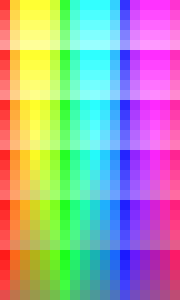
Repository: zhuqinghe/mapf_visualizer
Script's output: python color.py
These files come from the project's save history. The script's output is drawn as it stood at one moment and after a run of saves; the edit follows.
The window is shown after at most 60 frames with no key pressed. Random numbers start from a fixed seed.

Above is the script's output before, as saved 2021-07-19 14:26:33.

### color.py
import pygame
import math


def k_contrast_color(k_color, RGB_list):
  # hue       : 0-360, min_step: 5(72)
  # saturation: 0.4-0.8, min_step: 0.1(5)
  # intensive : 0.5-1.0, min_step: 0.1(6)
  # max_color = 72*6*6 = 2592

  H_min_step = 20
  H_max_num = 360 // H_min_step
  S_min_step = 0.1
  S_max_num = math.floor(0.4 / S_min_step) + 1
  I_min_step = 0.1
  I_max_num = math.floor(0.5 / I_min_step) + 1

  H = 360
  S = 1
  I = 1

  if k_color <= H_max_num*S_max_num*I_max_num:
    if k_color <= H_max_num*S_max_num:
      if k_color <= H_max_num:
        S = 1
        I = 1
        H_step = 360 // k_color
        for i in range(k_color):
          Hi = i
          tmp_H = Hi * H_step
          RGB_list.append(HSI2RGB(tmp_H, S, I))
      else:
        I = 1
        H_step = H_min_step
        S_num = math.ceil(k_color / H_max_num)
        S_step = 0.5 / (S_num-1)
        for i in range(k_color):
          Hi = i % H_max_num
          tmp_H = Hi * H_step
          Si = math.floor(i / H_max_num)
          tmp_S = 0.8 - Si * S_step
          RGB_list.append(HSI2RGB(tmp_H, tmp_S, I))

    else:
        S_step = 0.1
        H_step = H_min_step
        I_num = math.ceil(k_color / (H_max_num*S_max_num))
        I_step = 0.5 / (I_num-1)
        for i in range(k_color):
          Hi = i % H_max_num
          tmp_H = Hi * H_step
          Si = (i//H_max_num) % S_max_num
          tmp_S = 0.8 - Si * S_step
          Ii = math.floor(i / (H_max_num*S_max_num))
          tmp_I = 1.0 - Ii * I_step
          RGB_list.append(HSI2RGB(tmp_H, tmp_S, tmp_I))

  else : # >2592
    print("[ERROR]: NUM OF COLOR IS TOO LARGE.")

  return RGB_list


def HSI2RGB(H, S ,I):
  # print('H:', H, ', S:', S, ', I:', I)
  R = 0
  G = 0
  B = 0
  if S < 1e-6:
    R = I
    G = I
    B = I
  else:
    if H >= 0 and H < 120:
      B = I * (1 - S)
      R = I * (1 + (S * math.cos(H*math.pi/180)) / math.cos((60 - H)*math.pi/180))
      G = 3 * I - (R + B)
    elif H >= 120 and H < 240:
      H = H - 120
      R = I * (1 - S)
      G = I * (1 + (S * math.cos(H*math.pi/180)) / math.cos((60 - H)*math.pi/180))
      B = 3 * I - (R + G)
    elif H >= 240 and H < 360:
      H = H - 240
      G = I * (1 - S)
      B = I * (1 + (S * math.cos(H*math.pi/180)) / math.cos((60 - H)*math.pi/180))
      R = 3 * I - (G + B)
    else:
      print("[ERROR]: H not in [0, 360)")
      return
  # print('R:', R, ', G:', G, ', B:', B)

  if R >= 1.0:
    R = 1.0
  if G >= 1.0:
    G = 1.0
  if B >= 1.0:
    B = 1.0

  return [round(R*255), round(G*255), round(B*255)]


if __name__ == '__main__':
  grid_len = 18
  grid_wid = 30
  grid_size = 10
  win_len = grid_len*grid_size
  win_wid = grid_wid*grid_size

  pygame.init()
  screen = pygame.display.set_mode((win_len, win_wid))
  pygame.display.set_caption('k contrast color')

  grids = [pygame.Surface((grid_size, grid_size),
                          pygame.SRCALPHA).convert_alpha() \
                          for _ in range(grid_len*grid_wid)]
  map_back = pygame.surface.Surface((win_len, win_wid),
                                    pygame.SRCALPHA, 32)
  map_back = map_back.convert_alpha()

  colors = []
  k_contrast_color(grid_len*grid_wid, colors)
  print('color len:', len(colors))
  print(colors)
  map_back.fill((0,0,0))
  while 1:
    for i in range(grid_len):
      for j in range(grid_wid):
        color = colors[j*grid_len+i]
        # print(color)
        grids[j*grid_len+i].fill(pygame.Color(color))
        map_back.blit(grids[j*grid_len+i],
                            ((i)*grid_size,
                              (j)*grid_size))
    screen.blit(map_back, (0,0))
    pygame.display.update()
    for event in pygame.event.get():
      if event.type == pygame.QUIT:
        pygame.quit()

After the next 2 saves:
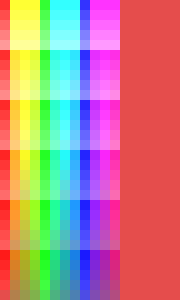
The 2 saves are shown as one change because 1 did not build or start.
The last was saved 76 s later.
--- a/color.py
+++ b/color.py
@@ -8,7 +8,7 @@ def k_contrast_color(k_color, RGB_list):
   # intensive : 0.5-1.0, min_step: 0.1(6)
   # max_color = 72*6*6 = 2592
 
-  H_min_step = 20
+  H_min_step = 30
   H_max_num = 360 // H_min_step
   S_min_step = 0.1
   S_max_num = math.floor(0.4 / S_min_step) + 1
@@ -101,7 +101,7 @@ def HSI2RGB(H, S ,I):
 
 
 if __name__ == '__main__':
-  grid_len = 18
+  grid_len = 12
   grid_wid = 30
   grid_size = 10
   win_len = grid_len*grid_size
